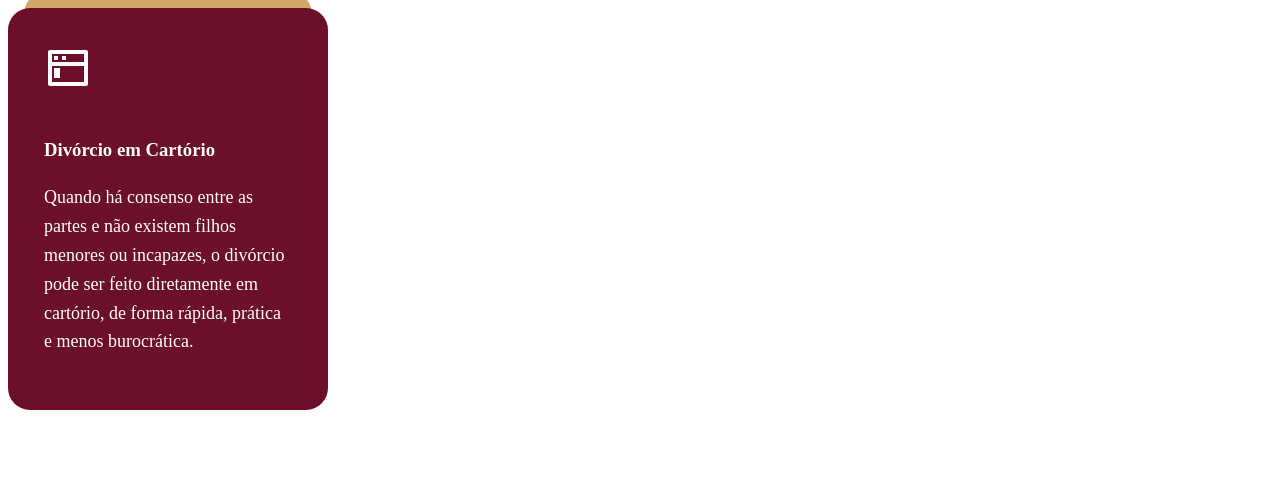
Repository: EmanuelVieiira/landing-page-advocacia
Page: teste.html
The author's editor kept a copy of each file at every save. The page is drawn from the files as they stood at one save, then again after the next save.
The browser window is 1280 px wide. The pictures show the whole page.

Above is the page before, as saved 2026-02-04 23:03:56.

After the next save:
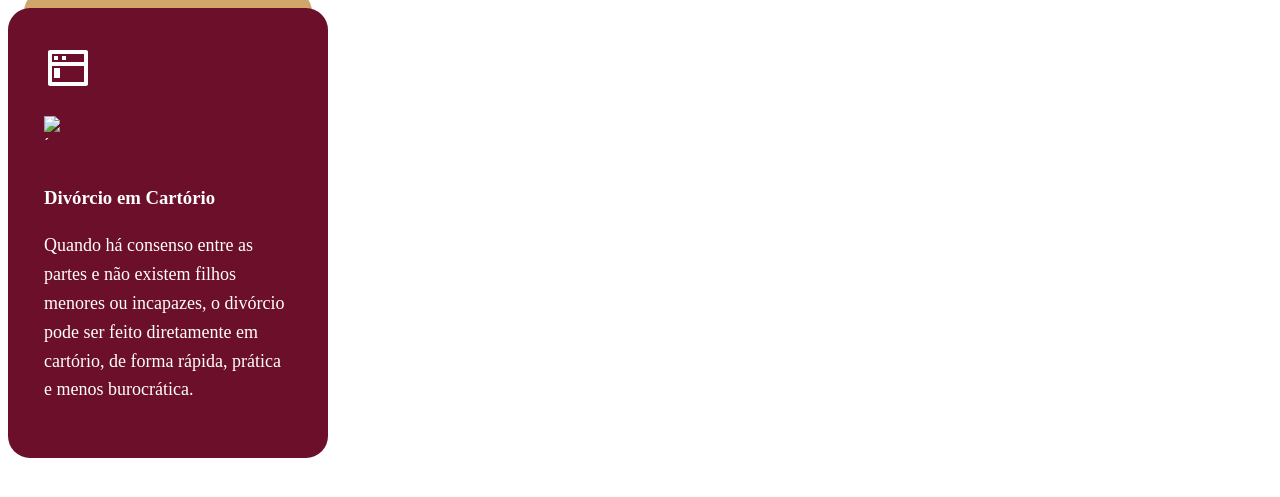
Not found: assets/img/divorcio.png
Saved 47 s later.
--- a/teste.html
+++ b/teste.html
@@ -118,6 +118,9 @@
         d="M20 9V5H4V9H20ZM20 11H4V19H20V11ZM3 3H21C21.5523 3 22 3.44772 22 4V20C22 20.5523 21.5523 21 21 21H3C2.44772 21 2 20.5523 2 20V4C2 3.44772 2.44772 3 3 3ZM5 12H8V17H5V12ZM5 6H7V8H5V6ZM9 6H11V8H9V6Z"
       ></path>
     </svg>
+    <!-- Depois -->
+<img src="assets/img/divorcio.png" alt="ícone de divórcio" width="24" height="24">
+
     <div>
         <h3>Divórcio em Cartório</h3>
 

After the 4 saves that followed:
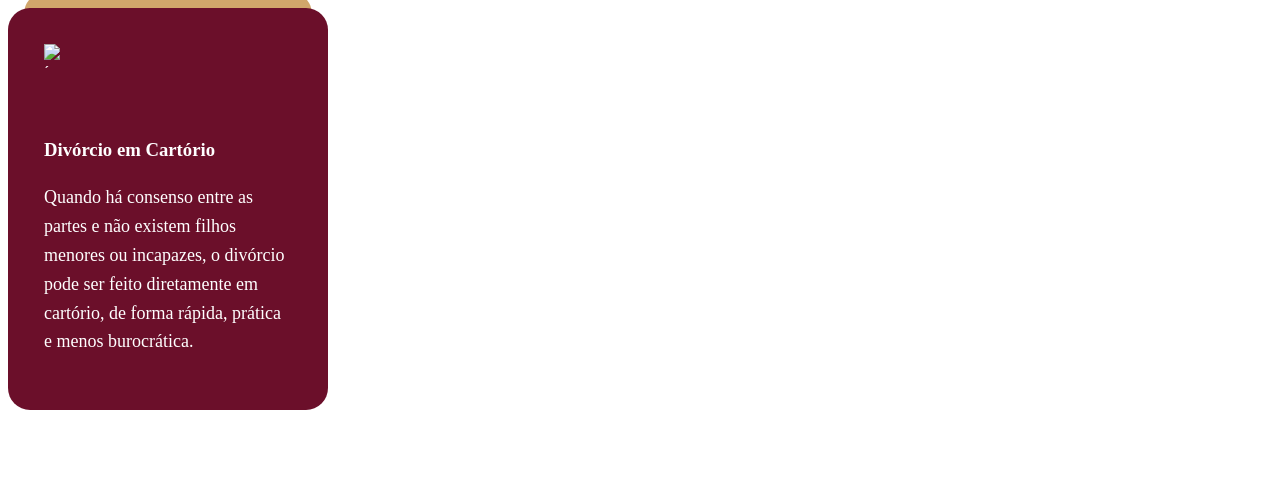
The 4 saves are shown as one change because they came seconds apart.
The last was saved 26 s later.
--- a/teste.html
+++ b/teste.html
@@ -109,17 +109,13 @@
 <body>
     <div class="card">
   <div class="content">
-    <svg
-      fill="currentColor"
-      viewBox="0 0 24 24"
-      xmlns="- e (ex: assets/img/divorcio.png) "
-    >
+    <!-- Depois -->
+<img src="assets/img/divorcio.png" alt="ícone de divórcio" width="24" height="24">
+
       <path
         d="M20 9V5H4V9H20ZM20 11H4V19H20V11ZM3 3H21C21.5523 3 22 3.44772 22 4V20C22 20.5523 21.5523 21 21 21H3C2.44772 21 2 20.5523 2 20V4C2 3.44772 2.44772 3 3 3ZM5 12H8V17H5V12ZM5 6H7V8H5V6ZM9 6H11V8H9V6Z"
       ></path>
-    </svg>
-    <!-- Depois -->
-<img src="assets/img/divorcio.png" alt="ícone de divórcio" width="24" height="24">
+
 
     <div>
         <h3>Divórcio em Cartório</h3>
